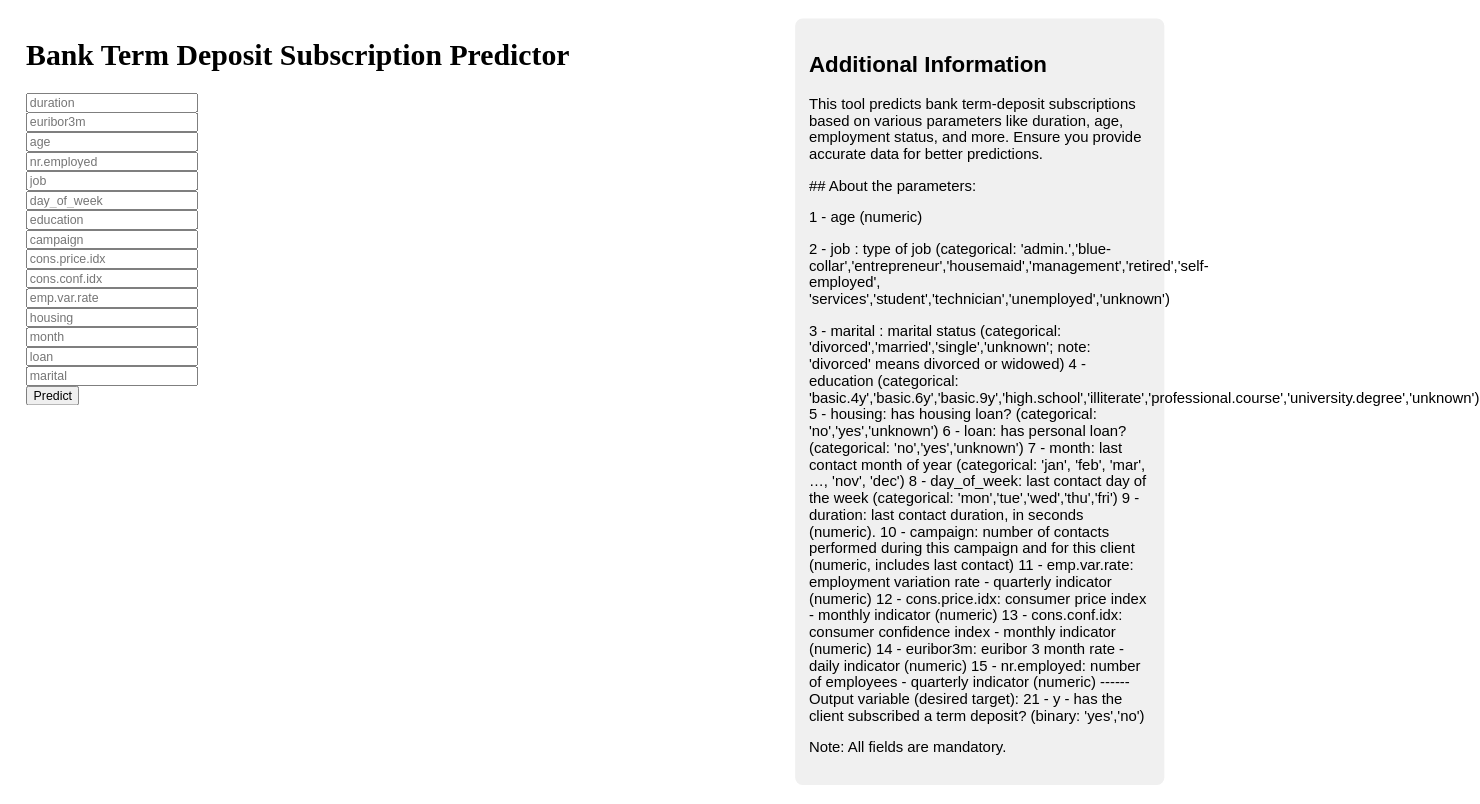
Repository: sameerhussain6/End-to-End-ML-Bank-term-Prediction
Page: templates/home.html
These files come from the project's save history. The page is drawn as it stood at one moment and after the next save; the edit follows.
The browser window is 1280 px wide. The page is 1591 px wide, then 1280 px, so the pictures cover 1591 px, including what lies to the right of the window. The pictures show the whole page, at 93% of full size.
Some web fonts or font styles are not loaded; a fallback is used. The template is drawn by Flask 3. The application's start-up code is not run. The template is opened directly, without the code that normally fills it, so the values that code supplies are empty.

Above is the page before, as saved 2025-01-31 19:24:33.

After the next save:
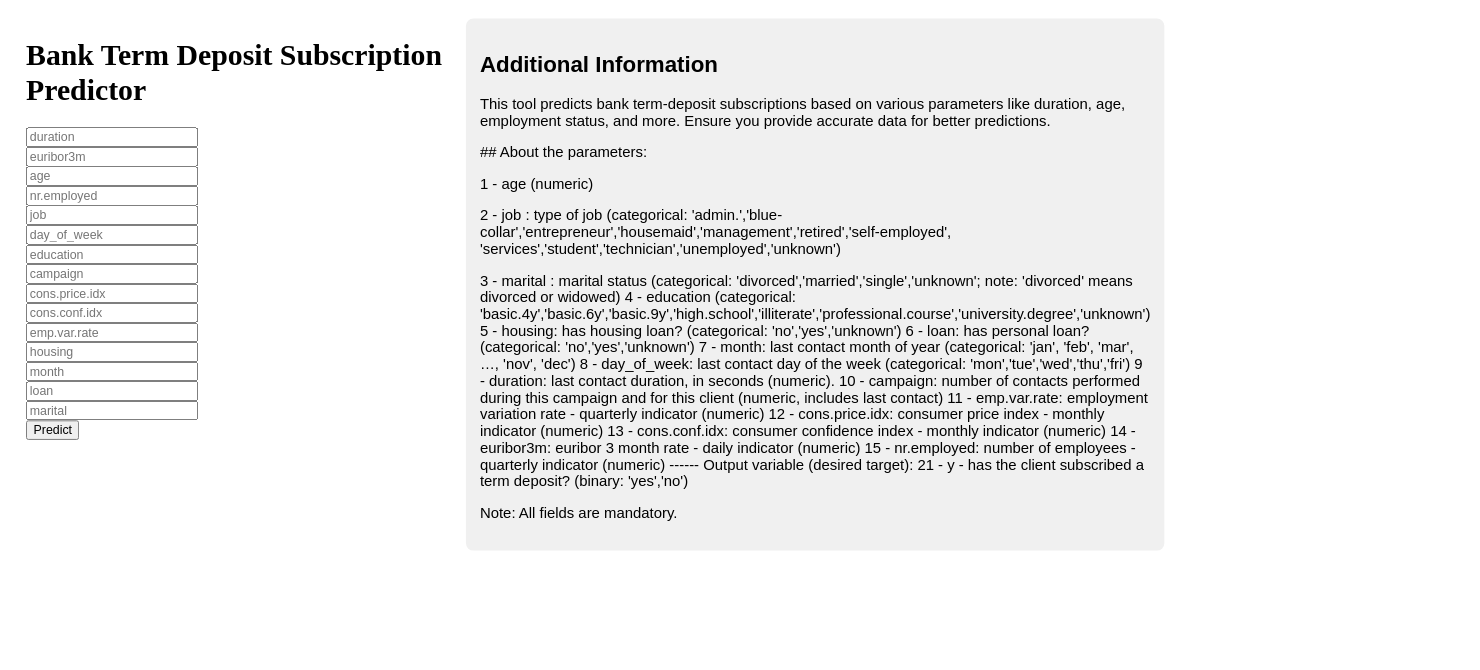
Saved 44 s later.
--- a/templates/home.html
+++ b/templates/home.html
@@ -19,7 +19,7 @@
       width: 60%;
     }
     .info-box {
-      width: 30%;
+      width: 60%;
       background-color: #f0f0f0;
       padding: 15px;
       border-radius: 8px;
